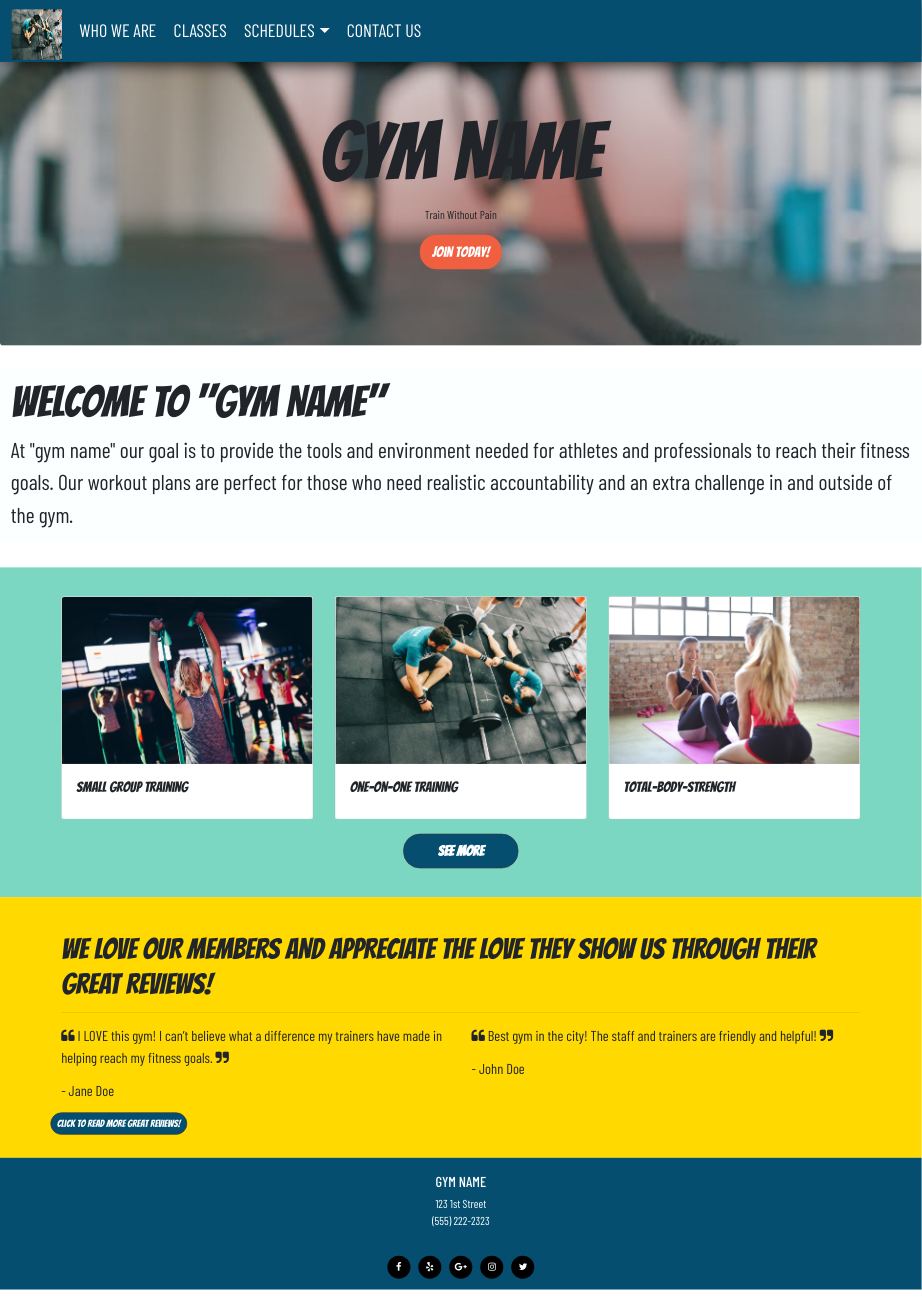
Repository: amybru/sweatitout
Page: index.html
The author's editor kept a record of every edit. The page is drawn from the files as they stood at one moment, then again after the next edit.
The browser window is 1280 px wide. The pictures show the whole page, at 72% of full size.
Some web fonts or font styles are not loaded; a fallback is used. Some web libraries are served in a nearby version.

Above is the page before.

After the next edit:
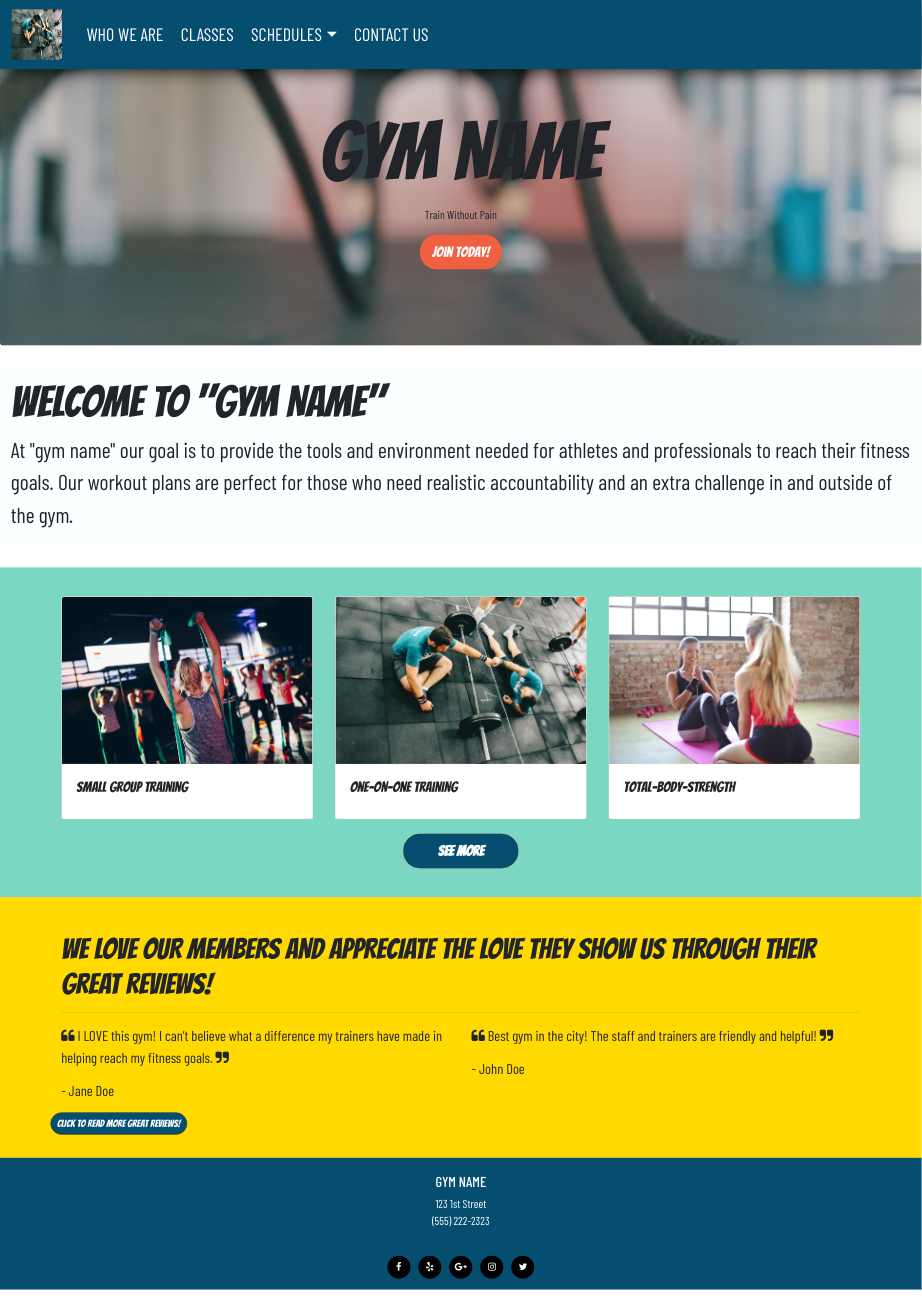
The edit:
--- a/css/style.css
+++ b/css/style.css
@@ -107,8 +107,8 @@
 
 
 .navbar-brand {
-    width: 70px;
-    height: 70px;
+    width: 80px;
+    height: 80px;
     transition: transform .2s;
 }
 
